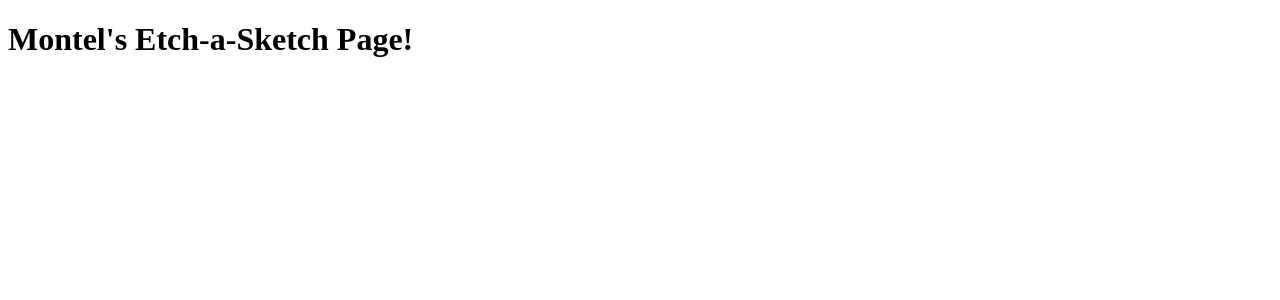
Repository: mnhardy1504/odin-recipes1
Page: repos/Etch-a-Sketch/index.html
These files come from the project's save history. The page is drawn as it stood at one moment and after the next save; the edit follows.
The browser window is 1280 px wide. The pictures show the whole page.

Above is the page before, as saved 2023-11-11 19:52:01.

### repos/Etch-a-Sketch/index.html
<!DOCTYPE html>
<html>
<head>
  <meta charset="UTF-8">
  <title>Montel's Etch-a-Sketch Page</title>
  <link rel="stylesheet" href="index.css">
  <script src="index.js"></script>
</head>
<body>
  <h1>Montel's Etch-a-Sketch Page!</h1>
  <div class="grid-container"></div>
</body>
</html>

### repos/Etch-a-Sketch/index.css
.grid-container {
    display: grid;
    grid-template-columns: repeat(16, 1fr);
    grid-template-rows: repeat(16, 1fr);
    gap: 2px;
    width: 400px;
    height: 400px;
}

.grid-item{
    background-color: lightgray;
    border: 1px solid gray;
}

Loaded but not shown: repos/Etch-a-Sketch/index.js (no copy from this time; the picture is the same without it)

After the next save:
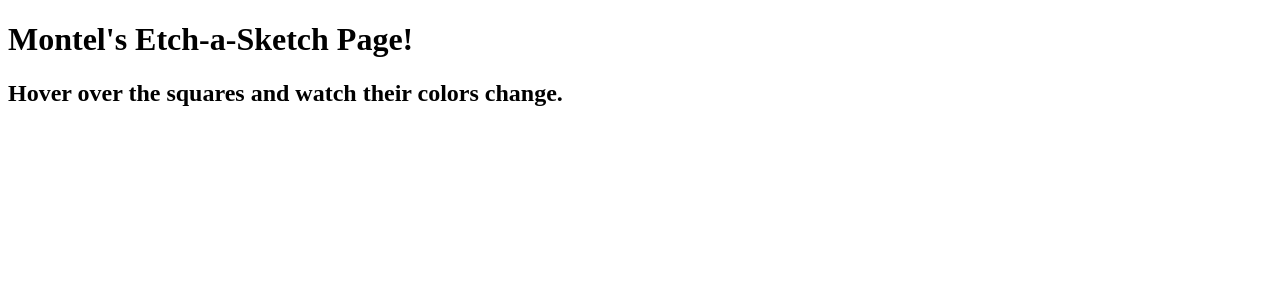
Saved 44 s later.
--- a/repos/Etch-a-Sketch/index.html
+++ b/repos/Etch-a-Sketch/index.html
@@ -8,6 +8,7 @@
 </head>
 <body>
   <h1>Montel's Etch-a-Sketch Page!</h1>
+  <h2> Hover over the squares and watch their colors change.</h2>
   <div class="grid-container"></div>
 </body>
 </html>
